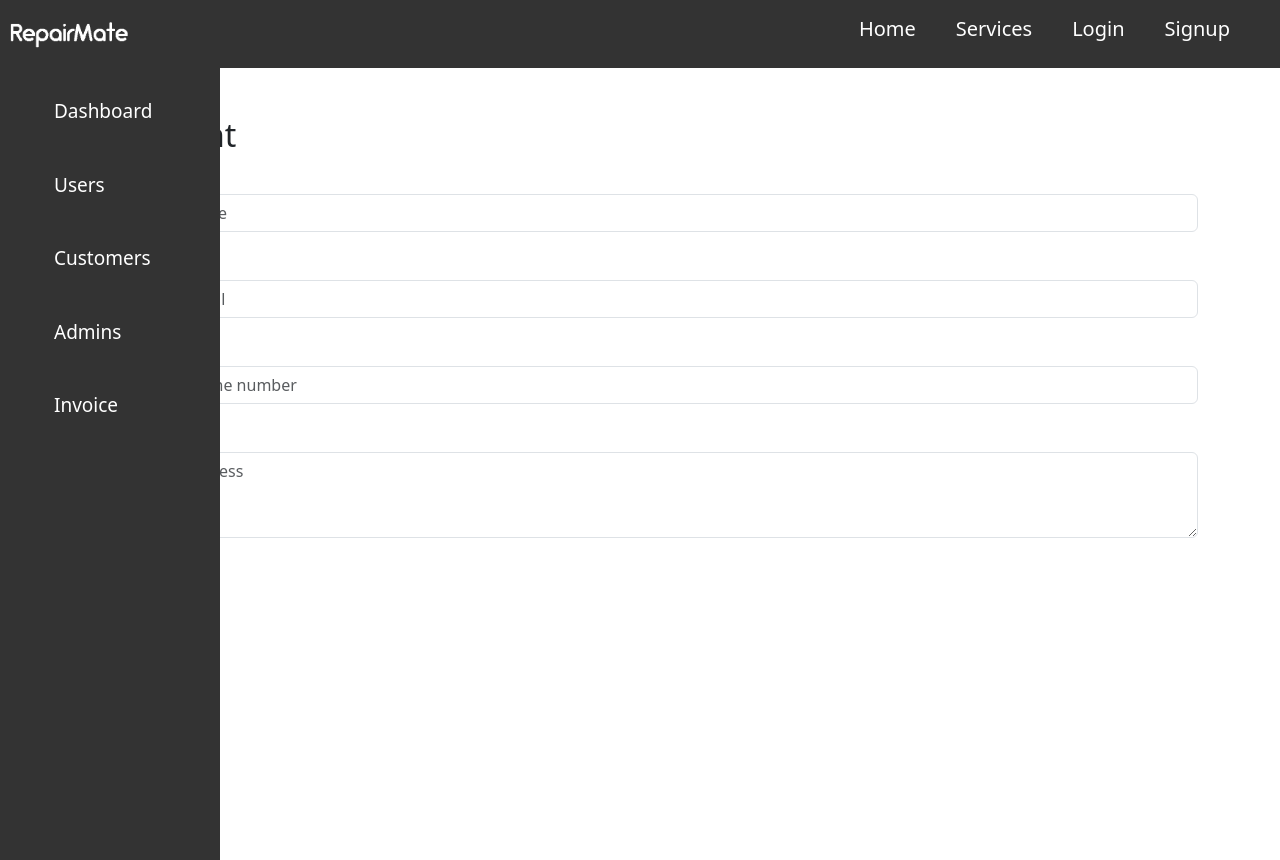
Repository: rohann12/RepairMate
Page: http://localhost/Garage/JSP/addCustomer.jsp
These files come from the project's save history. The page is drawn as it stood at one moment and after the next save; the edit follows.
The browser window is 1280 px wide. The pictures show the whole page.
The page is served by Tomcat 9. Other server files are loaded and not shown.

Above is the page before, as saved 2023-06-19 09:09:34.

### Garage/src/main/webapp/JSP/addCustomer.jsp
<%@ page language="java" contentType="text/html; charset=UTF-8"
    pageEncoding="UTF-8"%>
<!DOCTYPE html>
<html>
<head>
  <title>Add Client</title>
  <!-- Bootstrap CSS -->
  <link rel="stylesheet" href="https://cdnjs.cloudflare.com/ajax/libs/twitter-bootstrap/5.3.0/css/bootstrap.min.css">
</head>
<body>
<jsp:include page="adminNav.jsp"/>
  <div class="container mt-5">
    <h2>Add Client</h2>


    <form action="add_client.php" method="POST">
      <div class="mb-3">
        <label for="name" class="form-label">Name</label>
        <input type="text" class="form-control" id="name" name="name" placeholder="Enter client name" required>
      </div>

      <div class="mb-3">
        <label for="email" class="form-label">Email</label>
        <input type="email" class="form-control" id="email" name="email" placeholder="Enter client email" required>
      </div>

      <div class="mb-3">
        <label for="phone" class="form-label">Phone</label>
        <input type="tel" class="form-control" id="phone" name="phone" placeholder="Enter client phone number" required>
      </div>

      <div class="mb-3">
        <label for="address" class="form-label">Address</label>
        <textarea class="form-control" id="address" name="address" rows="3" placeholder="Enter client address" required></textarea>
      </div>

      <button type="submit" class="btn btn-primary">Add Client</button>
    </form>
  </div>

  <!-- Bootstrap JS -->
  <script src="https://cdnjs.cloudflare.com/ajax/libs/twitter-bootstrap/5.3.0/js/bootstrap.bundle.min.js"></script>
</body>
</html>

### Garage/src/main/webapp/JSP/adminNav.jsp
<%@ page language="java" contentType="text/html; charset=UTF-8"
	pageEncoding="UTF-8"%>
<!DOCTYPE html>
<html>

<style>
body {
	margin: 0;
	padding: 0;
}

.admin-navbar {
	background-color: #333;
	height: 110%;
	width: 220px;
	position: absolute;
	display: flex;
	flex-direction: column;
	justify-content: flex-start;
	align-items: center;
	padding-top: 20px;
}

.admin-navbar-links {
	width: 100%;
}

.admin-navbar-links ul {
	list-style-type: none;
	margin: 0;
	padding: 0;
}

.navbar-links li {
	margin-bottom: 10px;
}

.admin-navbar-links li a {
	display: block;
	padding: 9px 54px 36px;
	color: #fff;
	text-decoration: none;
	font-size: 19px;
	transition: background-color 0.3s;
}

.admin-navbar-links li a:hover {
	background-color: #555;
}

.content {
	margin-left: 220px;
	padding: 20px;
}
</style>
</head>
<body>

	<jsp:include page="nav.jsp" />
	<div class="admin-navbar">

		<div class="admin-navbar-links">
			<ul>
				<li><a href="adminDash.jsp">Dashboard</a></li>
				<li><a href="users.jsp">Users</a></li>
				<li><a href="customers.jsp">Customers</a></li>
				<li><a href="admins.jsp">Admins</a></li>
				<li><a href="invoice.jsp">Invoice</a></li>
<!-- 				<li><a href="report.jsp">Report</a></li> -->
			</ul>
		</div>
	</div>
</body>
</html>

### Garage/src/main/webapp/JSP/nav.jsp
<%@page contentType="text/html" pageEncoding="UTF-8"%>
<%@page import="javax.servlet.http.HttpSession"%>

<style>
nav {
  background-color: #333;
  padding: 10px;
  display: flex;
  justify-content: space-between;
  align-items: center;
}

.navbar-logo img {
  height: 40px;
}

.navbar-links ul {
  list-style-type: none;
  margin: 0;
  padding: 0;
  display: flex;
}

.navbar-links li {
  margin-right: 20px;
}

.navbar-links li a {
  color: #fff;
  text-decoration: none;
  font-size: 16px;
  font-size: 20px;
    margin-right: 20px;


}

.navbar-links li a:hover {
  color: #ff6600;

}
.navbar-logo{
margin-top:8px;
}
</style>
<nav>
  <div class="navbar-logo">

      <a href=index.jsp><img src="../Contents/logo.png" alt="Logo"></a>


  </div>
  <div class="navbar-links">
    <ul>
      <li><a href="index.jsp">Home</a></li>
      <li><a href="order.jsp">Services</a></li>

       <%-- Checking session to determine login/logout links --%>
      <%
        HttpSession s = request.getSession(false);
        if (s != null && s.getAttribute("username") != null) {
          // User is logged in, show logout link
          %>
          <li class="jobs"><a href="jobs.jsp">Jobs</a></li>
          <li class="logout"><a href="logout.jsp">Logout</a></li>

          <%
        } else {
          // User is not logged in, show login link
          %>
          <li class="login"><a href="login.jsp">Login</a></li>
          <li class="Signup"><a href="reg.jsp">Signup</a></li>
          <%
        }
      %>
    </ul>
  </div>
</nav>

After the next save:
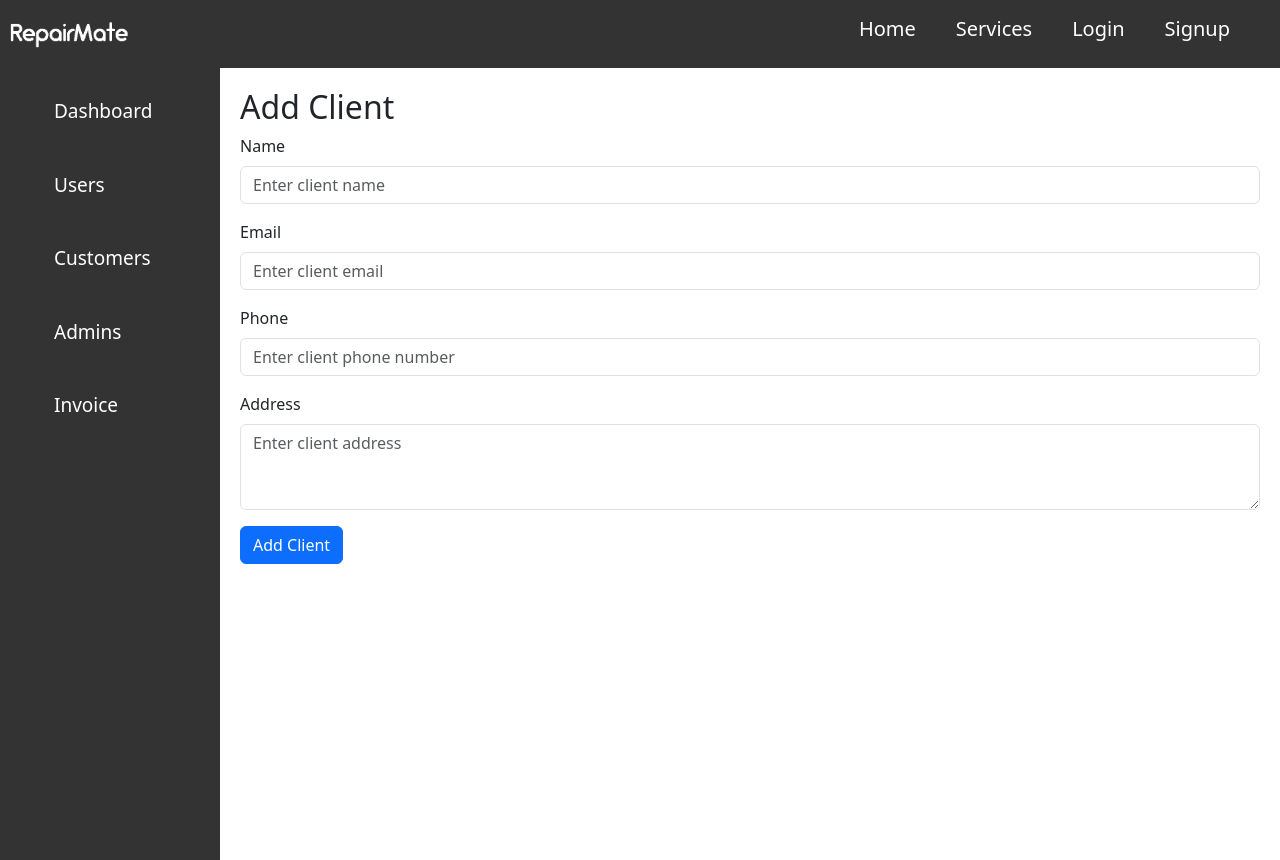
Saved 41 s later.
--- a/Garage/src/main/webapp/JSP/addCustomer.jsp
+++ b/Garage/src/main/webapp/JSP/addCustomer.jsp
@@ -9,7 +9,7 @@
 </head>
 <body>
 <jsp:include page="adminNav.jsp"/>
-  <div class="container mt-5">
+  <div class="content">
     <h2>Add Client</h2>
 
 
